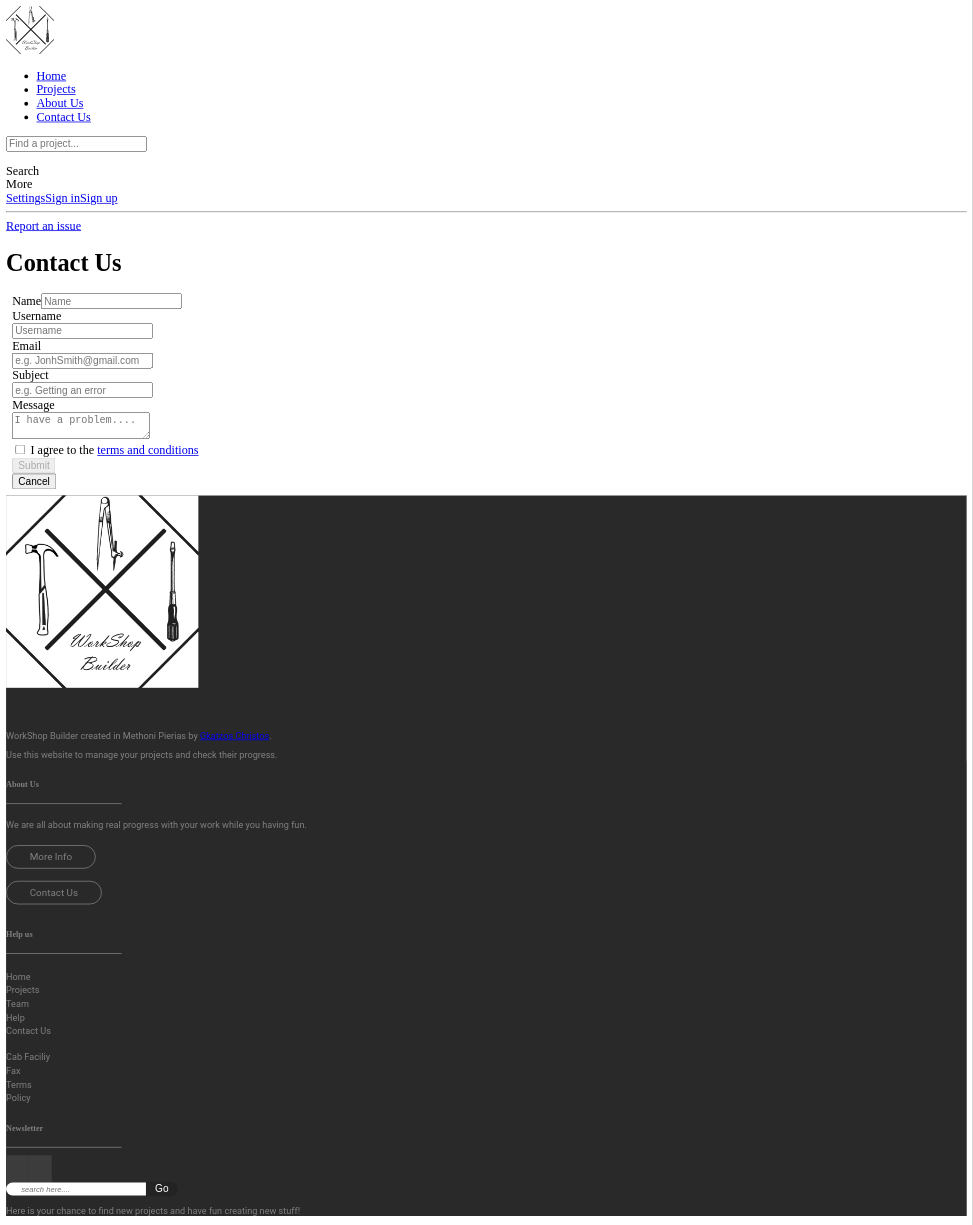
Repository: GkatzosChristos/workshop-builder-ui
Page: /contactUs (app in workshop-builder-ui/)
The author's editor kept a copy of each file at every save. The page is drawn from the files as they stood at one save, then again after the next save.
The browser window is 1280 px wide. The pictures show the whole page, at 76% of full size.
The project was rebuilt for these pictures with package versions that can differ from the ones it lists, and the page was loaded fresh each time. Also part of the build but not shown: workshop-builder-ui/angular.json, workshop-builder-ui/src/app/about-us/about-us.component.ts, workshop-builder-ui/src/app/home/home.component.ts, workshop-builder-ui/src/app/project/project.component.ts.

Above is the page before, as saved 2021-08-27 16:13:06.

### workshop-builder-ui/src/index.html
<!doctype html>
<html lang="en">
<head>
  <meta charset="utf-8">
  <title>WorkshopBuilderUI</title>
  <base href="/">
  <meta name="viewport" content="width=device-width, initial-scale=1">
  <link rel="icon" type="image/x-icon" href="favicon.ico">
</head>
<body>
  <app-root></app-root>
</body>
</html>

### workshop-builder-ui/src/app/app.module.ts
import { NgModule } from '@angular/core';
import { BrowserModule } from '@angular/platform-browser';
import { FormsModule } from '@angular/forms';
import { AppRoutingModule } from './app-routing.module';
import { AppComponent } from './app.component';
import { HeaderComponent } from './header/header.component';
import { FooterComponent } from './footer/footer.component';
import { ContactUsComponent } from './contact-us/contact-us.component';
import { AboutUsComponent } from './about-us/about-us.component';
import { ProjectsComponent } from './project/project.component';
import { HomeComponent } from './home/home.component';

@NgModule({
  declarations: [
    AppComponent,
    HeaderComponent,
    FooterComponent,
    ContactUsComponent,
    AboutUsComponent,
    ProjectsComponent,
    HomeComponent
  ],
  imports: [
    BrowserModule,
    AppRoutingModule,
    FormsModule
  ],
  providers: [],
  bootstrap: [AppComponent]
})
export class AppModule { }

### workshop-builder-ui/src/app/app-routing.module.ts
import { NgModule } from '@angular/core';
import { RouterModule, Routes } from '@angular/router';
import { AboutUsComponent } from './about-us/about-us.component';
import { ContactUsComponent } from './contact-us/contact-us.component';
import { HomeComponent } from './home/home.component';
import { ProjectsComponent } from './project/project.component';

const routes: Routes = [
  {
    path: '',
    component: HomeComponent
  },
  {
    path: 'contactUs',
    component: ContactUsComponent
  },
  {
    path: 'aboutUs',
    component: AboutUsComponent
  },
  {
    path: 'projects',
    component: ProjectsComponent
  },
];

@NgModule({
  imports: [RouterModule.forRoot(routes)],
  exports: [RouterModule]
})
export class AppRoutingModule { }

### workshop-builder-ui/src/app/app.component.ts
import { Component } from '@angular/core';

@Component({
  selector: 'app-root',
  templateUrl: './app.component.html',
  styleUrls: ['./app.component.scss']
})
export class AppComponent {
  title = 'workshop-builder-ui';
}

### workshop-builder-ui/src/app/contact-us/contact-us.component.ts
import { Component, OnInit } from '@angular/core';
import { FormGroup } from '@angular/forms';

@Component({
  selector: 'app-contact-us',
  templateUrl: 'contact-us.html',
  styles: [
  ]
})
export class ContactUsComponent implements OnInit {
  name: string='';
  username: string='';
  email: string='';
  subject: string='';
  message: string='';


  constructor() { }

  ngOnInit(): void {
  }

  submitForm(){
    const result = `${this.name}, your submission was successful! We will contact you at ${this.email} as soon as possible!`;
    alert(result);
  }

  onReset(){
    location.reload();
  }

}

### workshop-builder-ui/src/app/header/header.component.html
<head>
    <title>header</title>
    <meta charset="utf-8">
</head>
<header>
    <nav class="navbar" role="navigation" aria-label="main navigation">
        <div class="navbar-brand">
            <a class="navbar-item" routerLink="/">
                <img src="/assets/images/workshop_logo.jpg" alt="WorkShop Builder">
            </a>
        </div>
        <div id="navbar" class="navbar-menu has-text-centered">
            <ul class="nav nav-tabs">
                <li class="nav-item">
                    <a class="nav-link" routerLink="/"><i class="fa fa-home mr-1"
                            aria-hidden="true"></i>Home</a>
                </li>
                <li class="nav-item">
                    <a class="nav-link" routerLink="/projects"><i class="fa fa-tasks mr-1"
                            aria-hidden="true"></i>Projects</a>
                </li>
                <li class="nav-item">
                    <a class="nav-link" routerLink="/aboutUs"><i class="fa fa-building mr-1"
                            aria-hidden="true"></i>About Us</a>
                </li>
                <li class="nav-item">
                    <a class="nav-link" routerLink="/contactUs"><i class="fa fa-envelope mr-1"
                            aria-hidden="true"></i>Contact Us</a>
                </li>
            </ul>

            <div class="control has-addons">
                <p class="control is-expanded"><input class="input" type="text" placeholder="Find a project..."></p>
            </div>
            <div class="control">
                <a class="button is-light is-outlined">
                    Search
                </a>
            </div>
        </div>
        <div class="navbar-end">
            <div class="navbar-item has-dropdown is-hoverable">
                <a class="navbar-link has-text-white">
                    More
                </a>
                <div class="navbar-dropdown is-right has-background-dark ">
                    <a class="navbar-item has-text-white" href="#"><i class="fa fa-cog mr-1"
                            aria-hidden="true"></i>Settings</a>
                    <a class="navbar-item has-text-white" href="#"><i class="fa fa-sign-in mr-1"
                            aria-hidden="true"></i>Sign in</a>
                    <a class="navbar-item has-text-white" href="#"><i class="fa fa-user-plus mr-1"
                            aria-hidden="true"></i>Sign up</a>
                    <hr class="navbar-divider">
                    <a class="navbar-item has-text-white" href="/contactUs"><i class="fa fa-exclamation-triangle mr-1"
                            aria-hidden="true"></i>Report an issue</a>
                </div>
            </div>
        </div>
    </nav>
</header>

### workshop-builder-ui/src/app/header/header.component.scss
img {
    height: 5%;
    width: 5%;
}

### workshop-builder-ui/src/app/footer/footer.component.html
<head>
    <title>Footer</title>
    <meta charset="utf-8">
</head>
<footer class="container-fluid bg-grey py-5">
    <div class="container">
        <div class="row">
            <div class="col-md-6">
                <div class="row">
                    <div class="col-md-6 ">
                        <div class="logo-part">
                            <img src="/assets/images/workshop_logo.jpg" class="w-50 logo-footer">
                            <p>WorkShop Builder created in Methoni Pierias by <a
                                    href="https://www.linkedin.com/in/christos-gkatzos/">Gkatzos Christos</a>.</p>
                            <p>Use this website to manage your projects and check their progress.</p>
                        </div>
                    </div>
                    <div class="col-md-6 px-4">
                        <h6> About Us</h6>
                        <p>We are all about making real progress with your work while you having fun.</p>
                        <a href="#" class="btn-footer"> More Info </a><br>
                        <a href="#" class="btn-footer"> Contact Us</a>
                    </div>
                </div>
            </div>
            <div class="col-md-6">
                <div class="row">
                    <div class="col-md-6 px-4">
                        <h6> Help us</h6>
                        <div class="row ">
                            <div class="col-md-6">
                                <ul>
                                    <li> <a href="#"> Home</a> </li>
                                    <li> <a href="#"> Projects</a> </li>
                                    <li> <a href="#"> Team</a> </li>
                                    <li> <a href="#"> Help</a> </li>
                                    <li> <a href="#"> Contact Us</a> </li>
                                </ul>
                            </div>
                            <div class="col-md-6 px-4">
                                <ul>
                                    <li> <a href="#"> Cab Faciliy</a> </li>
                                    <li> <a href="#"> Fax</a> </li>
                                    <li> <a href="#"> Terms</a> </li>
                                    <li> <a href="#"> Policy</a> </li>
                                </ul>
                            </div>
                        </div>
                    </div>
                    <div class="col-md-6 ">
                        <h6> Newsletter</h6>
                        <div class="social">
                            <a href="#"><i class="fa fa-facebook mr-1" aria-hidden="true"></i></a>
                            <a href="#"><i class="fa fa-instagram" aria-hidden="true"></i></a>
                        </div>
                        <form class="form-footer my-3">
                            <input type="text" placeholder="search here...." name="search">
                            <input type="button" value="Go">
                        </form>
                        <p>Here is your chance to find new projects and have fun creating new stuff!</p>
                    </div>
                </div>
            </div>
        </div>
    </div>
</footer>

### workshop-builder-ui/src/app/footer/footer.component.scss
body {
    font-family: 'Signika', sans-serif;
 }
 .bg-grey {
    background: #292929;
 }
 .logo-footer {
    margin-bottom: 40px;
 }
 footer {
    color: grey;
 }
 footer p, a {
    font-size: 12px;
    font-family: 'Roboto', sans-serif;
}
footer h6 {
    font-family: 'Playfair Display', serif;
    margin-bottom: 40px;
    position: relative;
}
footer h6:after {
    position: absolute;
    content: "";
    background: grey;
    width: 12%;
    height: 1px;
    left: 0;
    bottom: -20px;
}
.btn-footer {
    color: grey;
    text-decoration: none;
    border: 1px solid;
    border-radius: 43px;
    font-size: 13px;
    padding: 7px 30px;
    line-height: 47px;
 }

 .btn-footer:hover {
    text-decoration: none;
 }

.form-footer input[type="text"] {
    border: none;
    border-radius: 16px 0 0 16px;
    outline: none;
    padding-left: 10px;
}

::placeholder {
    font-size: 10px;
    padding-left: 10px;
    font-style: italic;
}

.form-footer input[type="button"] {
    border: none;
    background:#232323;
    margin-left: -5px;
    color: #fff;
    outline: none;
    border-radius: 0 16px 16px 0;
    padding: 2px 12px;
}

.social .fa {
    color: grey;
    font-size: 22px;
    padding: 10px 15px;
    background: #3c3c3c;
}

footer ul li {
    list-style: none;
    display: block;
}

footer ul  {
    padding-left: 0;
}
footer ul  li a{
    text-decoration: none;
    color: grey;
    text-decoration:none;
}

a:hover {
    text-decoration: none;
    color: #f5f5f5 !important;
}

.logo-part {
    border-right: 1px solid grey;
    height: 100%;
}

img {
    height: 20%;
    width: 20%;
}

### workshop-builder-ui/src/app/contact-us/contact-us.html
<h1 class="title has-text-centered">Contact Us</h1>
<body>
  <section>
      <form (ngSubmit)="submitForm()" #contactForm="ngForm">
        <div class="field">
        <div class="field">
          <label class="label has-text-centered">Name</label>
          <input
            class="input"
            type="text"
            name="name"
            placeholder="Name"
            [(ngModel)]="name"
            #nameInput="ngModel"
            required>
            <div class="help is-error" *ngIf="nameInput.invalid && nameInput.touched">
                <p class="help is-danger">This username is required!</p>
            </div>
            <div class="help is-error" *ngIf="nameInput.valid && nameInput.dirty">
                <p class="help is-success">This username is Availible!</p>
            </div>
        </div>
        <div class="field column is-4">
          <label class="label has-text-centered">Username</label>
          <div class="control has-icons-left has-icons-right">
            <input
              class="input"
              type="text"
              name="usename"
              placeholder="Username"
              [(ngModel)]="username"
              #usernameInput="ngModel"
              required>
            <span class="icon is-small is-left">
              <i class="fa fa-user"></i>
            </span>
            <div class="help is-error" *ngIf="usernameInput.invalid && usernameInput.touched">
                <p class="help is-danger">This username is required!</p>
            </div>
            <div class="help is-error" *ngIf="usernameInput.valid && usernameInput.dirty">
                <p class="help is-success">This username is Availible!</p>
            </div>
          </div>
        </div>

        <div class="field column is-4">
          <label class="label has-text-centered">Email</label>
          <div class="control has-icons-left">
            <input
              class="input"
              type="email"
              name="email"
              placeholder="e.g. JonhSmith@gmail.com"
              #emailInput="ngModel"
              [(ngModel)]="email"
              required
              email>
            <span class="icon is-small is-left">
              <i class="fa fa-envelope"></i>
            </span>
            <div class="help is-error is-danger" *ngIf="emailInput.invalid && emailInput.touched">
                <p class="help is-danger">The email required and must be valid!</p>
            </div>
            <div class="help is-error" *ngIf="emailInput.valid && emailInput.dirty">
                <p class="help is-success">This email is valid!</p>
            </div>
          </div>
        </div>

        <div class="field column is-4">
          <label class="label has-text-centered">Subject</label>
          <div class="control">
            <input class="input is-expand" type="text" name="subject" placeholder="e.g. Getting an error" [(ngModel)]="subject">
          </div>
        </div>

        <div class="field column is-4 ">
          <label class="label has-text-centered">Message</label>
          <div class="control">
            <textarea class="textarea" name="message" placeholder="I have a problem...." [(ngModel)]="message"></textarea>
          </div>
        </div>

        <div class="field">
          <div class="control">
            <label class="checkbox">
              <input type="checkbox"
              #checkboxInput>
              I agree to the <a href="#">terms and conditions</a>
            </label>
          </div>
        </div>

        <div class="field is-grouped mb-4 is-grouped-centered">
          <div class="control">
            <button class="button is-link" [disabled]="contactForm.invalid">Submit</button>
          </div>
          <div class="control">
            <button class="button is-link is-light" type="reset" (click)="onReset()" >Cancel</button>
          </div>
        </div>
        </div>
      </form>
  </section>
  </body>

Loaded but not shown: workshop-builder-ui/src/styles.scss (common file); workshop-builder-ui/src/main.ts (common file); workshop-builder-ui/src/environments/environment.ts (common file); workshop-builder-ui/src/app/header/header.component.ts (common file); workshop-builder-ui/src/app/footer/footer.component.ts (common file); workshop-builder-ui/src/app/app.component.html (common file); workshop-builder-ui/src/app/app.component.scss (no stored copy; drawn as an empty file); workshop-builder-ui/src/app/project/project.scss (no stored copy; drawn as an empty file)

After the next save:
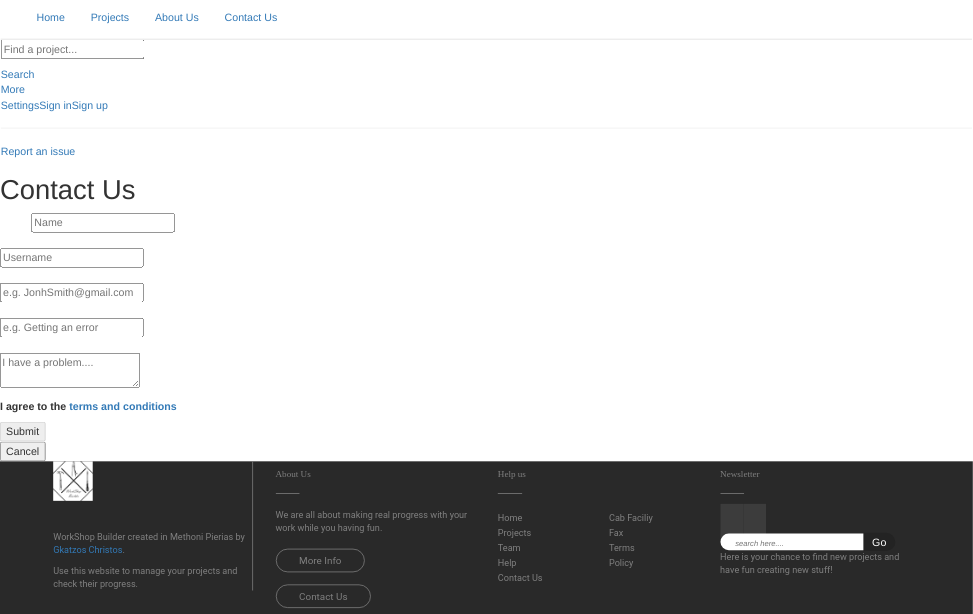
Saved 9 min 41 s later.
--- a/workshop-builder-ui/src/index.html
+++ b/workshop-builder-ui/src/index.html
@@ -1,5 +1,8 @@
 <!doctype html>
 <html lang="en">
+  <link rel="stylesheet" href="https://maxcdn.bootstrapcdn.com/bootstrap/3.4.0/css/bootstrap.min.css">
+  <script src="https://ajax.googleapis.com/ajax/libs/jquery/3.4.1/jquery.min.js"></script>
+  <script src="https://maxcdn.bootstrapcdn.com/bootstrap/3.4.0/js/bootstrap.min.js"></script>
 <head>
   <meta charset="utf-8">
   <title>WorkshopBuilderUI</title>
